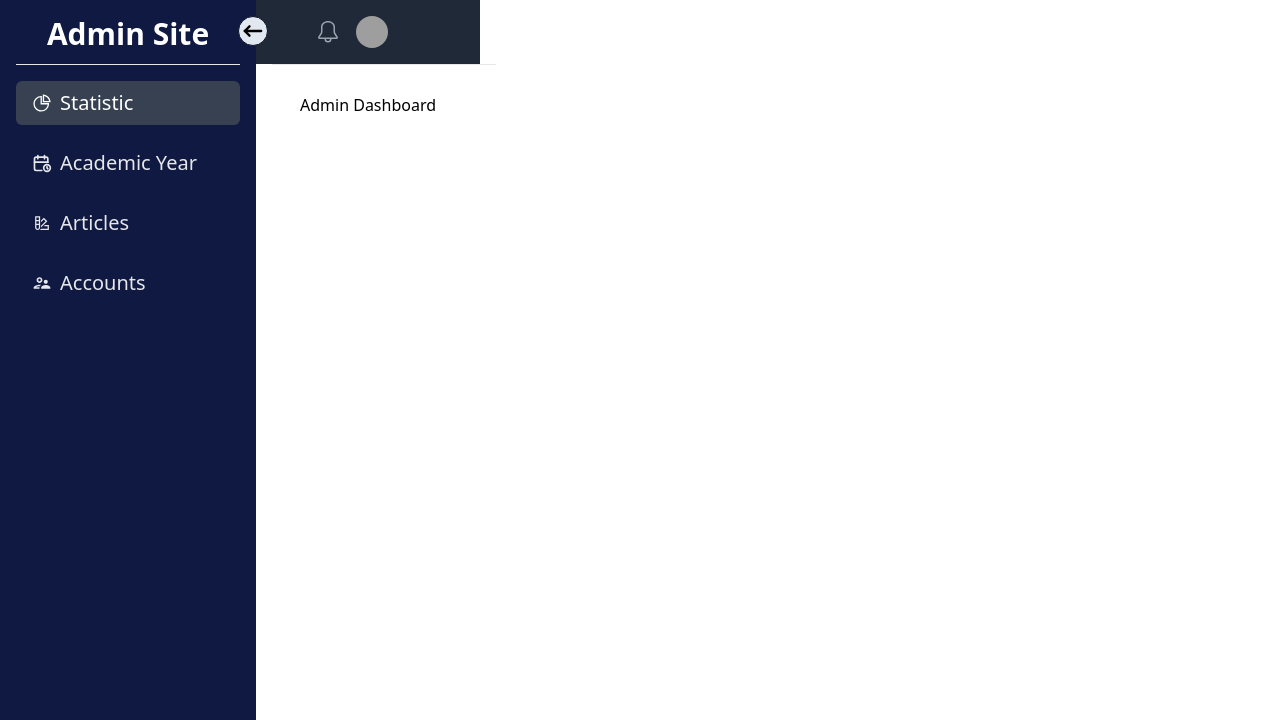
Repository: huynhvanngoan/COMP1640FE-Template
Page: /admin
The author's editor kept a copy of each file at every save. The page is drawn from the files as they stood at one save, then again after the next save.
The browser window is 1280 px wide. The pictures show the whole page.
Pictures or frames that could not be fetched are drawn as grey boxes. The project was rebuilt for these pictures with package versions that can differ from the ones it lists, and the page was loaded fresh each time. Also part of the build but not shown: src/components/buttonStyles.js, src/pages/LoginPage.jsx, src/pages/student/StudentDashboard.jsx, src/pages/department/DepartmentDashboard.jsx, src/pages/marketing/MarketingDashboard.jsx, src/pages/guest/GuestDashboard.jsx.

Above is the page before, as saved 2024-03-24 07:37:18.

### src/index.js
import React from 'react';
import ReactDOM from 'react-dom/client';
import './index.css';
import App from './App';

const root = ReactDOM.createRoot(document.getElementById('root'));
root.render(
  <React.StrictMode>
      <App />
  </React.StrictMode>
)

### src/index.css
@import url('https://fonts.googleapis.com/css2?family=Inter:wght@100;200;300;400;500;600;700;800;900&display=swap');
@tailwind base;
@tailwind components;
@tailwind utilities;

### src/App.js
import React from 'react'
import { BrowserRouter as Router, Routes, Route, Navigate } from "react-router-dom";
import LoginPage from './pages/LoginPage';
import StudentDashboard from './pages/student/StudentDashboard';
import DepartmentDashboard from './pages/department/DepartmentDashboard';
import MarketingDashboard from './pages/marketing/MarketingDashboard';
import GuestDashboard from './pages/guest/GuestDashboard';
import Layout from './pages/admin/layout';
const App = () => {


  return (
    <Router>
        <Routes>
          <Route path="/login" element={<LoginPage/>} />

          <Route path="/admin" element={<Layout />}/>

          <Route path="/student-dashboard" element={<StudentDashboard />}/>

          <Route path="/guest-dashboard" element={<GuestDashboard />}/>

          <Route path="/department-dashboard" element={<DepartmentDashboard />}/>

          <Route path="/marketing-dashboard" element={<MarketingDashboard />}/>

          {/* <Route path='/marketing-homepage' element={<MarketingHomePage  />}/> */}

          <Route path='*' element={<Navigate to="/login" />} />

        </Routes>
    </Router>
  )
}

export default App

### src/pages/admin/layout.js
import React from 'react';
import Sidebar from './Sidebar';
import Header from './Header';
import AdminDashboard from './AdminDashboard';


export default function Layout() {
  return (
      <div className='flex'>
        <Sidebar />
        <div className='flex flex-col'>
          <Header />
          <AdminDashboard />
        </div>
      </div>
  );
}

### src/pages/admin/Sidebar.js
import React, { useState } from 'react';
import { Link } from 'react-router-dom';
import { AiOutlinePieChart } from "react-icons/ai";
import { TbCalendarTime } from "react-icons/tb";
import { LiaSwatchbookSolid } from "react-icons/lia";
import { MdOutlineSupervisorAccount } from "react-icons/md";
import { TbArrowNarrowLeft } from "react-icons/tb";
export const SidebarContent = [
  {
    icon: AiOutlinePieChart,
    heading: "Statistic"
  },
  {
    icon: TbCalendarTime,
    heading: "Academic Year"
  },
  {
    icon: LiaSwatchbookSolid,
    heading: "Articles"
  },
  {
    icon: MdOutlineSupervisorAccount,
    heading: "Accounts"
  }
]

export default function Sidebar() {
  const [selected, setSelected] = useState(0);
  const [colapse, setColapse] = useState(true);

  return (
    <div className={`left-0 top-0 h-screen bg-[#0f1941] p-4 ${colapse ? "w-64" : "w-20"} duration-300`}>
        <div className='flex flex-col'>
           <div className='relative flex h-10 justify-end'>
            {
              colapse ? (<h1 className='text-white text-3xl font-bold mx-auto '>Admin Site</h1>) : ''
            }
            <TbArrowNarrowLeft className={`text-3xl bg-slate-200 rounded-full cursor-pointer absolute -right-7 border border-[#080e24] hover:text-white ${!colapse && 'rotate-180'}`} onClick={() => setColapse(!colapse)} />
           </div>
          <ul className='my-2 border-t pt-4 w-full items-center'>
            {SidebarContent.map((item, index) => {
              return (
                <li className={selected === index  ? "mb-4 group active" : "mb-4" } key={index} onClick={() => setSelected(index)}>
                  <Link to="#" className={`flex w-full rounded-md items-center space-x-2 text-gray-200 hover:bg-[#080e24] hover:text-white group-[.active]:bg-gray-700 group-[.active]:text-white ${colapse ? 'text-xl px-4 py-2 ': 'text-3xl px-2 py-1'}`}>
                    { colapse ? (
                      <>
                        <item.icon />
                        <span>{item.heading}</span>
                      </>
                    ) : ( <item.icon />)
                    }
                  </Link>
                </li>
              )
            })}
          </ul>
        </div>
    </div>
  );
}

### src/pages/admin/Header.js
import { Disclosure, Menu, Transition } from '@headlessui/react';
import React from 'react';
import { Fragment } from 'react';
import { GoBell } from "react-icons/go";
import { Bars3Icon, XMarkIcon } from '@heroicons/react/24/outline'
function classNames(...classes) {
  return classes.filter(Boolean).join(' ')
}

export default function Header() {
  return (
    <Disclosure as="nav" className="bg-gray-800">
      {({ open }) => (
        <>
          <div className="mx-auto max-w-full px-2 sm:px-6 lg:px-8">
            <div className="relative flex h-16 items-center justify-between">
              <div className="absolute inset-y-0 left-0 flex items-center sm:hidden">
                {/* Mobile menu button*/}
                <Disclosure.Button className="relative inline-flex items-center justify-center rounded-md p-2 text-gray-400 hover:bg-gray-700 hover:text-white focus:outline-none focus:ring-2 focus:ring-inset focus:ring-white">
                  <span className="absolute -inset-0.5" />
                  <span className="sr-only">Open main menu</span>
                  {open ? (
                    <XMarkIcon className="block h-6 w-6" aria-hidden="true" />
                  ) : (
                    <Bars3Icon className="block h-6 w-6" aria-hidden="true" />
                  )}
                </Disclosure.Button>
              </div>
              <div className="absolute inset-y-0 right-0 flex items-center pr-2 sm:static sm:inset-auto sm:ml-6 sm:pr-0">
                <button
                  type="button"
                  className="relative rounded-full bg-gray-800 p-1 text-gray-400 hover:text-white focus:outline-none focus:ring-2 focus:ring-white focus:ring-offset-2 focus:ring-offset-gray-800"
                >
                  <span className="absolute -inset-1.5" />
                  <span className="sr-only">View notifications</span>
                  <GoBell className="h-6 w-6" aria-hidden="true" />
                </button>

                {/* Profile dropdown */}
                <Menu as="div" className="relative ml-3">
                  <div>
                    <Menu.Button className="relative flex rounded-full bg-gray-800 text-sm focus:outline-none focus:ring-2 focus:ring-white focus:ring-offset-2 focus:ring-offset-gray-800">
                      <span className="absolute -inset-1.5" />
                      <span className="sr-only">Open user menu</span>
                      <img
                        className="h-8 w-8 rounded-full"
                        src="https://images.unsplash.com/photo-1472099645785-5658abf4ff4e?ixlib=rb-1.2.1&ixid=eyJhcHBfaWQiOjEyMDd9&auto=format&fit=facearea&facepad=2&w=256&h=256&q=80"
                        alt=""
                      />
                    </Menu.Button>
                  </div>
                  <Transition
                    as={Fragment}
                    enter="transition ease-out duration-100"
                    enterFrom="transform opacity-0 scale-95"
                    enterTo="transform opacity-100 scale-100"
                    leave="transition ease-in duration-75"
                    leaveFrom="transform opacity-100 scale-100"
                    leaveTo="transform opacity-0 scale-95"
                  >
                    <Menu.Items className="absolute right-0 z-10 mt-2 w-48 origin-top-right rounded-md bg-white py-1 shadow-lg ring-1 ring-black ring-opacity-5 focus:outline-none">
                      <Menu.Item>
                        {({ active }) => (
                          <a
                            href="#"
                            className={classNames(active ? 'bg-gray-100' : '', 'block px-4 py-2 text-sm text-gray-700')}
                          >
                            Your Profile
                          </a>
                        )}
                      </Menu.Item>
                      <Menu.Item>
                        {({ active }) => (
                          <a
                            href="#"
                            className={classNames(active ? 'bg-gray-100' : '', 'block px-4 py-2 text-sm text-gray-700')}
                          >
                            Settings
                          </a>
                        )}
                      </Menu.Item>
                      <Menu.Item>
                        {({ active }) => (
                          <a
                            href="#"
                            className={classNames(active ? 'bg-gray-100' : '', 'block px-4 py-2 text-sm text-gray-700')}
                          >
                            Sign out
                          </a>
                        )}
                      </Menu.Item>
                    </Menu.Items>
                  </Transition>
                </Menu>
              </div>
            </div>
          </div>
        </>
      )}
    </Disclosure>
  )
}

### src/pages/admin/AdminDashboard.js
import React from 'react'

const AdminDashboard = () => {
  return (
      <div className='p-7 mx-4 w-full border-t'>
        Admin Dashboard
      </div>
  )
}

export default AdminDashboard

### tailwind.config.js
/** @type {import('tailwindcss').Config} */
module.exports = {
  content: [
    "./src/**/*.{js,jsx,ts,tsx}",
  ],
  theme: {
    extend: {
      fontFamily: {
        "inter": ["Inter", "sans-serif"]
      }
    },
  },
  plugins: [],
}

Loaded but not shown: public/index.html (common file)

After the next save:
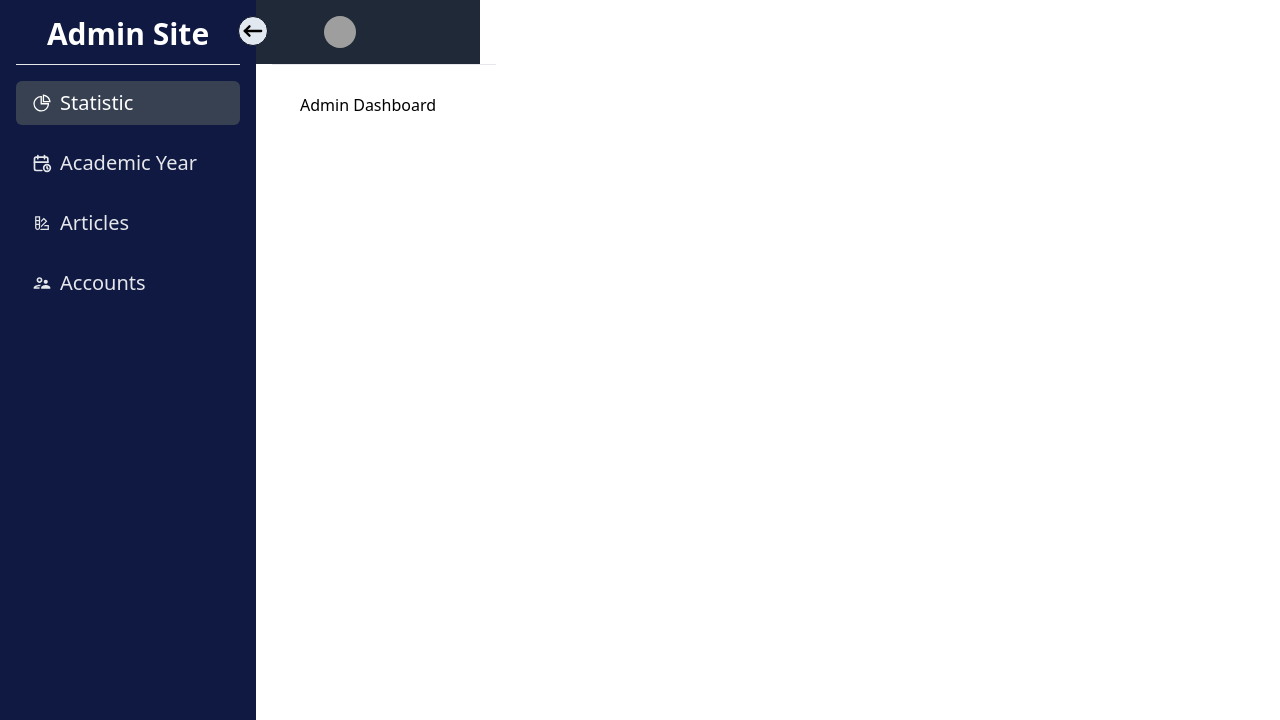
Saved 21 s later.
--- a/src/pages/admin/Header.js
+++ b/src/pages/admin/Header.js
@@ -27,14 +27,7 @@ export default function Header() {
                 </Disclosure.Button>
               </div>
               <div className="absolute inset-y-0 right-0 flex items-center pr-2 sm:static sm:inset-auto sm:ml-6 sm:pr-0">
-                <button
-                  type="button"
-                  className="relative rounded-full bg-gray-800 p-1 text-gray-400 hover:text-white focus:outline-none focus:ring-2 focus:ring-white focus:ring-offset-2 focus:ring-offset-gray-800"
-                >
-                  <span className="absolute -inset-1.5" />
-                  <span className="sr-only">View notifications</span>
-                  <GoBell className="h-6 w-6" aria-hidden="true" />
-                </button>
+
 
                 {/* Profile dropdown */}
                 <Menu as="div" className="relative ml-3">
